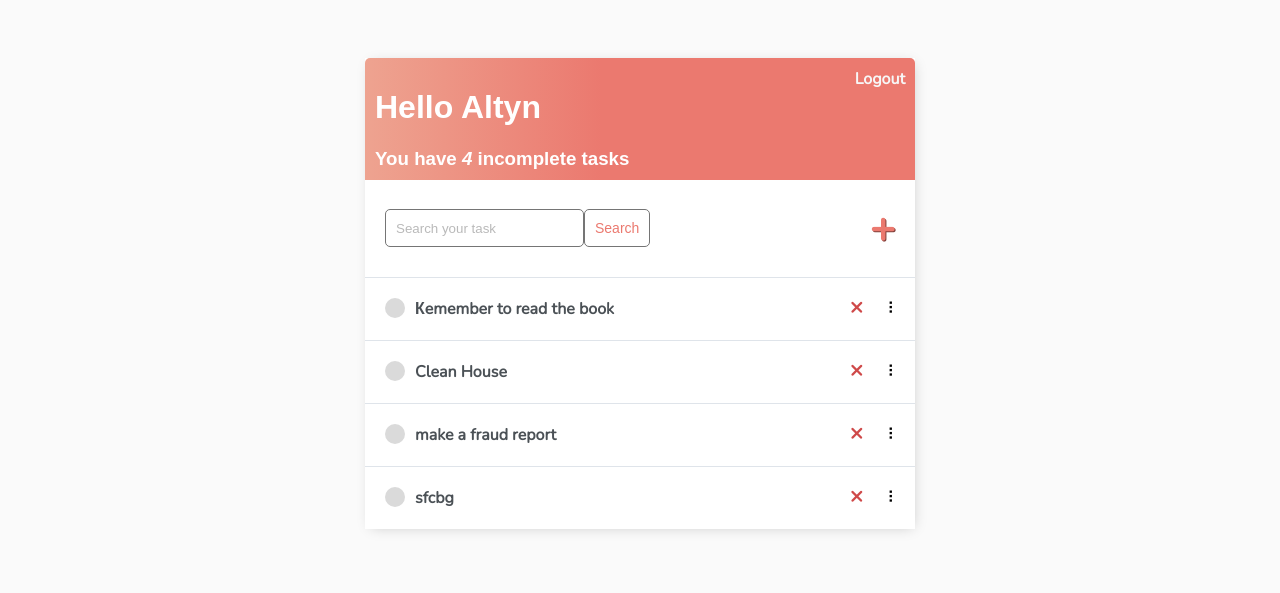
Repository: Altyn119/toDo-django
Page: http://localhost/
An editor plug-in stored every save of this project. The page is shown before and after the next save, followed by the edit.
The browser window is 1280 px wide. The pictures show the whole page.
The page is served by the project's application, run on Django 5.2 (manage.py). The first stored user is signed in. Other server files are loaded and not shown. The page reads the database file committed with the project.

Above is the page before, as saved 2025-06-13 09:16:03.

### base/templates/base/task_list.html
{% extends 'base/main.html' %} {% block content %}

<script src="https://cdn.jsdelivr.net/npm/sortablejs@latest/Sortable.min.js"></script>
<div class="header-bar">
    <div>
        <h1>Hello {{request.user|title}}</h1>
        <h3 style="margin:0">You have <i>{{count}}</i> incomplete task{{ count|pluralize:"s" }}</h3>
    </div>

    {% if request.user.is_authenticated %}
    <a href="{% url 'logout' %}">Logout</a> {% else %}
    <a href="{% url 'login' %}">Login</a> {% endif %}
</div>


<div id="search-add-wrapper">
    <form method="GET" style="display: flex;">
        <input type='text' name='search-area' placeholder="Search your task" value="{{search_input}}">
        <input class="button" type="submit" value='Search'>
    </form>
    {% if tasks|length > 0 %}
    <a id="add-link" href="{% url 'task-create' %}">&#x2b;</a>
    {% endif %}
</div>


<!-- Hidden form. Form submits new item positions -->
<form style="display: none;" id="reorderForm" method="post" action="{% url 'task-reorder' %}">
    {% csrf_token %}
    <input type="hidden" id="positionInput" name="position">
</form>


<div id="tasklist" class="task-items-wrapper">
    {% for task in tasks %}
    <div class="task-wrapper" data-position="{{task.pk}}">
        <div class="task-title">
            {% if task.complete %}
            <div class="task-complete-icon"></div>
            <i><s><a href="{% url 'task-update' task.id %}">{{task}}</a></s></i> {% else %}
            <div class="task-incomplete-icon"></div>
            <a href="{% url 'task-update' task.id %}">{{task}}</a> {% endif %}
        </div>
        <div class="task-controls">
            <a class="delete-link" href="{% url 'task-delete' task.id %}">&#215;</a>
            <span class="handle">&nbsp;&#10247;</span>
        </div>
    </div>

    {% empty %}
    <div style="text-align: center; padding-bottom: 10px; line-height: 1em;">
        <h3>No new tasks are created.</h3>
        <h3>Create a <a style="text-decoration: none; color: #e53935;" href="{% url 'task-create' %}">New task</a> ! </h3>
    </div>
    {% endfor %}
</div>

<script>
    var taskList = document.getElementById("tasklist");
    var reorderForm = document.getElementById("reorderForm");
    var positionInput = document.getElementById("positionInput");

    let sortable = Sortable.create(taskList, {
        handle: '.handle',
        ghostClass: 'dropArea',
        chosenClass: 'selectedTask',

    });

    function reordering() {
        const rows = document.getElementsByClassName("task-wrapper");
        let pos = [];
        for (let row of rows) {
            pos.push(row.dataset.position);
        }
        console.log(pos.join(","))
        positionInput.value = pos.join(',');
        reorderForm.submit();
    }

    document.ondrop = reordering
</script>

{% endblock content %}

### base/templates/base/main.html
<!DOCTYPE html>
<html lang="en">

<head>
    <meta charset="utf-8">
    <meta name="description"
        content="This is to do list implemented using Django by Dennis Ivy who is a full stack web developer.">

    <meta http-equiv="X-UA-Compatible" content="IE=edge">
    <title>To Do Items</title>
    <meta name="description" content="">
    <meta name="viewport" content="width=device-width, initial-scale=1">

    <link rel="preconnect" href="https://fonts.gstatic.com">
    <link href="https://fonts.googleapis.com/css2?family=Nunito:wght@200&display=swap" rel="stylesheet">

    <style>
        body {
            background-color: #FAFAFA;
            font-family: 'Nunito', sans-serif;
            padding-top: 50px;
        }

        h1,
        h2,
        h3,
        h4,
        h5,
        h6 {
            font-family: 'Raleway', sans-serif;
        }

        a,
        p {
            color: #4b5156
        }

        a {
            font-weight: 600;
        }

        .container {
            max-width: 550px;
            margin: auto;
            background-color: #fff;
            -webkit-box-shadow: 2px 2px 13px -4px rgba(0, 0, 0, 0.21);
            box-shadow: 2px 2px 13px -4px rgba(0, 0, 0, 0.21);
        }

        input {
            outline: none;
            border: none;
        }

        .header-bar {
            display: flex;
            justify-content: space-between;
            color: #fff;
            padding: 10px;
            border-radius: 5px 5px 0 0;
            background: linear-gradient(90deg, #EEA390 0%, #EB796F 43%, #EB796F 100%);
        }

        .header-bar a {
            color: rgb(247, 247, 247);
            text-decoration: none;
        }

        .task-wrapper {
            display: flex;
            align-items: center;
            justify-content: space-between;
            background-color: #fff;
            border-top: 1px solid #dfe4ea;
            overflow: hidden;
        }

        .task-title {
            display: flex;
            padding: 20px;
        }

        .task-title a {
            text-decoration: none;
            color: #4b5156;
            margin-left: 10px;
        }

        .task-complete-icon {
            height: 20px;
            width: 20px;
            background-color: rgb(105, 192, 105);
            border-radius: 50%;
        }

        .task-incomplete-icon {
            height: 20px;
            width: 20px;
            background-color: rgb(218, 218, 218);
            border-radius: 50%;
        }

        .delete-link {
            text-decoration: none;
            font-weight: 900;
            color: #cf4949;
            font-size: 22px;
            line-height: 0;
            padding: 20px 0px;
        }


        .handle {
            display: inline-block;
            padding: 20px 16px;
            cursor: grab;
            user-select: none;
        }

        .handle:after,
        .handle:before {
            display: block;
            content: "";
        }

        .handle:active,
        .handle:active:before,
        .handle:active:after {
            cursor: grabbing;
        }

        .dropArea {
            background-color: #f1f2f6;
            color: black;
            border: #ced6e0 1px solid;
        }

        .selectedTask {
            opacity: 0.6;
        }


        #add-link {
            color: #EB796F;
            text-decoration: none;
            font-size: 42px;
            text-shadow: 1px 1px #81413b;
        }

        #search-add-wrapper {
            display: flex;
            justify-content: space-between;
            align-items: center;
            padding: 20px;
        }

        @media screen and (max-width:320px) {
            #search-add-wrapper {
                padding: 10px;
            }
        }

        input[type=text],
        input[type=password],
        textarea {
            border: 1px solid #757575;
            border-radius: 5px;
            padding: 10px;
            width: 90%;
        }

        label {
            padding-top: 10px !important;
            display: block;
        }

        ::placeholder {
            font-weight: 300;
            opacity: 0.5;
        }

        .button {
            border: 1px solid #757575;
            background-color: #FFF;
            color: #EB796F;
            padding: 10px;
            font-size: 14px;
            border-radius: 5px;
            cursor: pointer;
            text-decoration: none;
        }

        .card-body {
            padding: 20px;
        }
    </style>
</head>

<body>

    <div class="container">
        {% block content %} {% endblock content %}
    </div>

</body>


</html>

### base/models.py
from django.db import models
from django.contrib.auth.models import User
# Create your models here.


class Task(models.Model):
    user = models.ForeignKey(
        User, on_delete=models.CASCADE, null=True, blank=True)
    title = models.CharField(max_length=200)
    description = models.TextField(null=True, blank=True)
    complete = models.BooleanField(default=False)
    created = models.DateTimeField(auto_now_add=True)

    def __str__(self):
        return self.title

    class Meta:
        order_with_respect_to = 'user'

### base/views.py
from django.shortcuts import render, redirect
from django.views.generic.list import ListView
from django.views.generic.detail import DetailView
from django.views.generic.edit import CreateView, UpdateView, DeleteView, FormView
from django.urls import reverse_lazy

from django.contrib.auth.views import LoginView
from django.contrib.auth.mixins import LoginRequiredMixin
from django.contrib.auth.forms import UserCreationForm
from django.contrib.auth import login

# Imports for Reordering Feature
from django.views import View
from django.shortcuts import redirect
from django.db import transaction

from .models import Task
from .forms import PositionForm


class CustomLoginView(LoginView):
    template_name = 'base/login.html'
    fields = '__all__'
    redirect_authenticated_user = True

    def get_success_url(self):
        return reverse_lazy('tasks')


class RegisterPage(FormView):
    template_name = 'base/register.html'
    form_class = UserCreationForm
    redirect_authenticated_user = True
    success_url = reverse_lazy('tasks')

    def form_valid(self, form):
        user = form.save()
        if user is not None:
            login(self.request, user)
        return super(RegisterPage, self).form_valid(form)

    def get(self, *args, **kwargs):
        if self.request.user.is_authenticated:
            return redirect('tasks')
        return super(RegisterPage, self).get(*args, **kwargs)


class TaskList(LoginRequiredMixin, ListView):
    model = Task
    context_object_name = 'tasks'

    def get_context_data(self, **kwargs):
        context = super().get_context_data(**kwargs)
        context['tasks'] = context['tasks'].filter(user=self.request.user)
        context['count'] = context['tasks'].filter(complete=False).count()

        search_input = self.request.GET.get('search-area') or ''
        if search_input:
            context['tasks'] = context['tasks'].filter(
                title__contains=search_input)

        context['search_input'] = search_input

        return context


class TaskDetail(LoginRequiredMixin, DetailView):
    model = Task
    context_object_name = 'task'
    template_name = 'base/task.html'


class TaskCreate(LoginRequiredMixin, CreateView):
    model = Task
    fields = ['title', 'description', 'complete']
    success_url = reverse_lazy('tasks')

    def form_valid(self, form):
        form.instance.user = self.request.user
        return super(TaskCreate, self).form_valid(form)


class TaskUpdate(LoginRequiredMixin, UpdateView):
    model = Task
    fields = ['title', 'description', 'complete']
    success_url = reverse_lazy('tasks')


class DeleteView(LoginRequiredMixin, DeleteView):
    model = Task
    context_object_name = 'task'
    success_url = reverse_lazy('tasks')
    def get_queryset(self):
        owner = self.request.user
        return self.model.objects.filter(user=owner)

class TaskReorder(View):
    def post(self, request):
        form = PositionForm(request.POST)

        if form.is_valid():
            positionList = form.cleaned_data["position"].split(',')

            with transaction.atomic():
                self.request.user.set_task_order(positionList)

        return redirect(reverse_lazy('tasks'))

### todo_list/urls.py
"""
URL configuration for todo_list project.

The `urlpatterns` list routes URLs to views. For more information please see:
    https://docs.djangoproject.com/en/5.0/topics/http/urls/
Examples:
Function views
    1. Add an import:  from my_app import views
    2. Add a URL to urlpatterns:  path('', views.home, name='home')
Class-based views
    1. Add an import:  from other_app.views import Home
    2. Add a URL to urlpatterns:  path('', Home.as_view(), name='home')
Including another URLconf
    1. Import the include() function: from django.urls import include, path
    2. Add a URL to urlpatterns:  path('blog/', include('blog.urls'))
"""

from django.contrib import admin
from django.urls import path, include

urlpatterns = [
    path("admin/", admin.site.urls),
    path('', include('base.urls')),
]

### base/urls.py
from django.urls import path
from .views import TaskList, TaskDetail, TaskCreate, TaskUpdate, DeleteView, CustomLoginView, RegisterPage, TaskReorder
from django.contrib.auth.views import LogoutView

urlpatterns = [
    path('login/', CustomLoginView.as_view(), name='login'),
    path('logout/', LogoutView.as_view(next_page='login'), name='logout'),
    path('register/', RegisterPage.as_view(), name='register'),

    path('', TaskList.as_view(), name='tasks'),
    path('task/<int:pk>/', TaskDetail.as_view(), name='task'),
    path('task-create/', TaskCreate.as_view(), name='task-create'),
    path('task-update/<int:pk>/', TaskUpdate.as_view(), name='task-update'),
    path('task-delete/<int:pk>/', DeleteView.as_view(), name='task-delete'),
    path('task-reorder/', TaskReorder.as_view(), name='task-reorder'),
]

### db.sqlite3 (the tables this page reads, as SQL)
CREATE TABLE "auth_user" ("id" integer NOT NULL PRIMARY KEY AUTOINCREMENT, "password" varchar(128) NOT NULL, "last_login" datetime NULL, "is_superuser" bool NOT NULL, "username" varchar(150) NOT NULL UNIQUE, "last_name" varchar(150) NOT NULL, "email" varchar(254) NOT NULL, "is_staff" bool NOT NULL, "is_active" bool NOT NULL, "date_joined" datetime NOT NULL, "first_name" varchar(150) NOT NULL);
INSERT INTO "auth_user" VALUES
(2, 'pbkdf2_sha256$720000$DEkuvtLZ00TnZekylcSjR7$Yjrbur91OowObQpEJagBNukAmtB4kwVOLAnVrGYhqZ4=', '2025-06-13 04:31:08.580778', 1, 'Altyn', '', 'altyn@gmail.com', 1, 1, '2025-06-05 04:53:18.014976', ''),
(3, 'pbkdf2_sha256$720000$4BlzbubhxN2Uq8siHRUyT3$ahG4lo+/WX31vEOxyDl9TJd8UE4qdaRQuYos28CTqJc=', '2025-06-12 00:46:26.404482', 0, 'Amina', '', '', 0, 1, '2025-06-12 00:45:54.070876', ''),
(4, 'pbkdf2_sha256$720000$8FCjgcaYiPc8aMbGMmEvzI$cNpQTVPJtE21engWreNbN7u2MdIoDGU2W9XXDJ/PkzI=', '2025-06-13 00:28:16.207010', 0, 'Bakyt', '', '', 0, 1, '2025-06-13 00:28:15.797814', '');

CREATE TABLE "base_task" ("id" integer NOT NULL PRIMARY KEY AUTOINCREMENT, "title" varchar(200) NOT NULL, "description" text NULL, "complete" bool NOT NULL, "created" datetime NOT NULL, "user_id" integer NULL REFERENCES "auth_user" ("id") DEFERRABLE INITIALLY DEFERRED, "_order" integer NOT NULL);
INSERT INTO "base_task" VALUES
(2, 'Кemember to read the book', 'qwe', 0, '2025-06-05 04:57:34.269774', 2, 0),
(3, 'Clean House', '', 0, '2025-06-10 09:22:48.507899', 2, 0),
(4, 'make a fraud report', 'asdfa', 0, '2025-06-10 20:38:53.253065', 2, 0),
(5, 'sfcbg', 'cvgrtbhr', 0, '2025-06-13 01:33:38.628369', 2, 0);

After the next save:
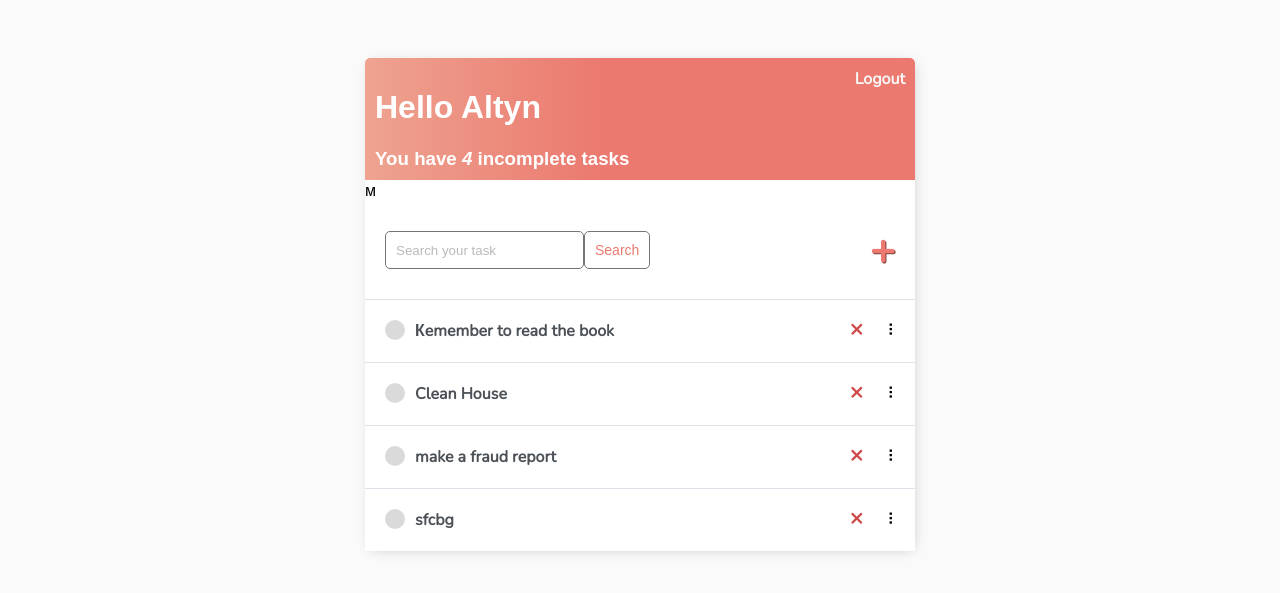
Saved 10 min 42 s later.
--- a/base/templates/base/task_list.html
+++ b/base/templates/base/task_list.html
@@ -11,7 +11,7 @@
     <a href="{% url 'logout' %}">Logout</a> {% else %}
     <a href="{% url 'login' %}">Login</a> {% endif %}
 </div>
-
+м
 
 <div id="search-add-wrapper">
     <form method="GET" style="display: flex;">

After the save that followed:
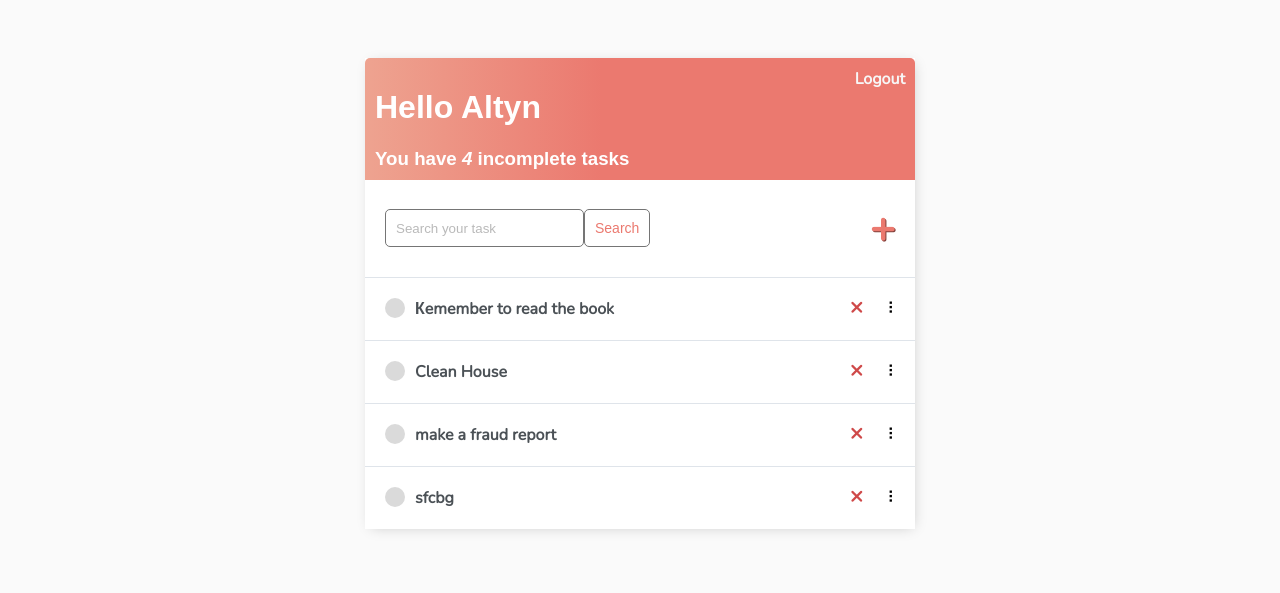
Saved 4 s later.
--- a/base/templates/base/task_list.html
+++ b/base/templates/base/task_list.html
@@ -11,7 +11,7 @@
     <a href="{% url 'logout' %}">Logout</a> {% else %}
     <a href="{% url 'login' %}">Login</a> {% endif %}
 </div>
-м
+
 
 <div id="search-add-wrapper">
     <form method="GET" style="display: flex;">
